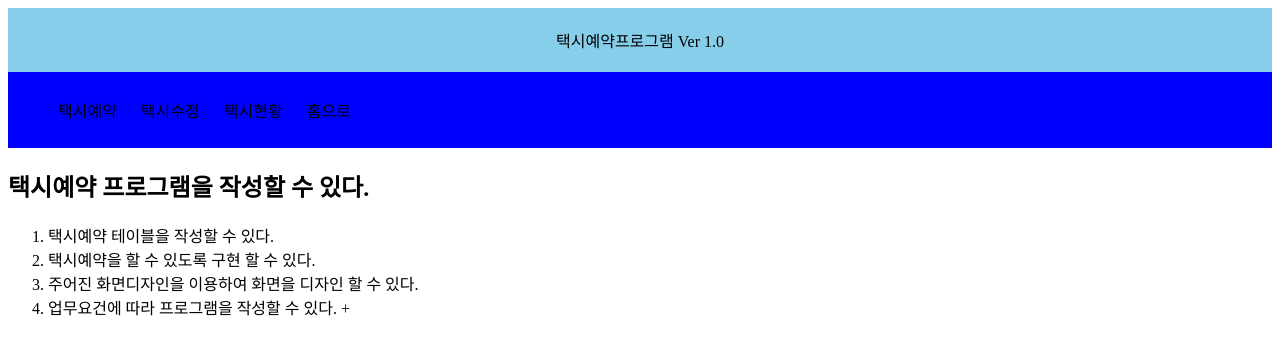
Repository: khs220507/WebClass
Page: http://localhost/prj0828/
An editor plug-in stored every save of this project. The page is shown before and after the next save, followed by the edit.
The browser window is 1280 px wide. The pictures show the whole page.
The page is served by Tomcat 9.

Above is the page before, as saved 2023-08-28 06:53:01.

After the next save:
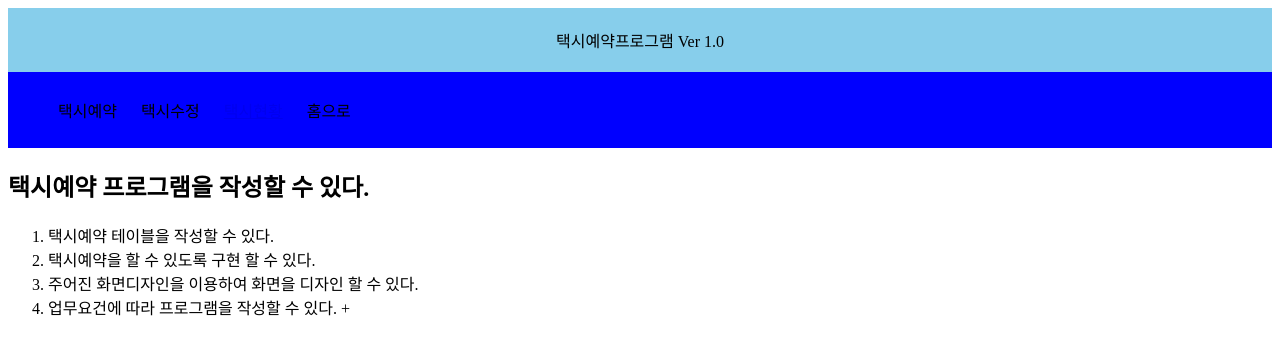
Saved 5 min 2 s later.
--- a/prj0828/src/main/webapp/index.jsp
+++ b/prj0828/src/main/webapp/index.jsp
@@ -17,7 +17,7 @@
 <ul>
 <li>택시예약</li>
 <li>택시수정</li>
-<li>택시현황</li>
+<li><a href="list.jsp">택시현황</a></li>
 <li>홈으로</li>
 </ul>
 </nav>
